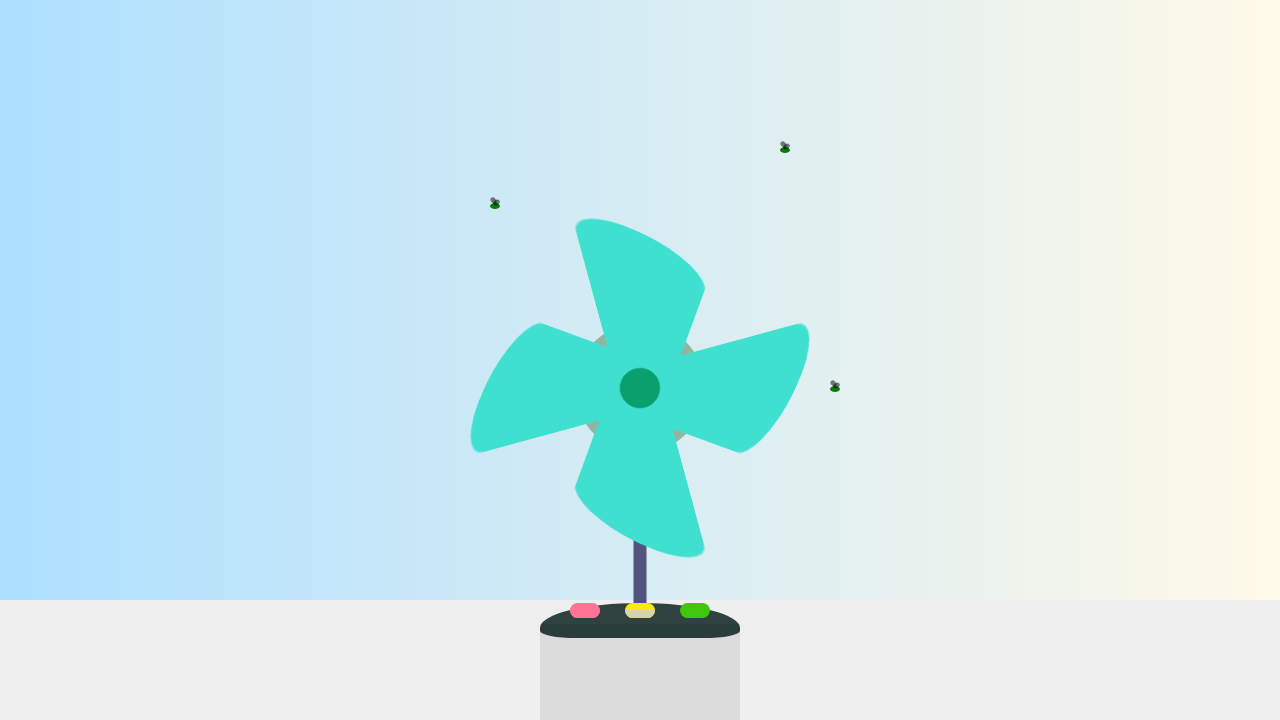
Repository: VuTuanAnh0949/CodeFan
Page: index.html
An editor plug-in stored every save of this project. The page is shown before and after the next save, followed by the edit.
The browser window is 1280 px wide. The pictures show the whole page.

Above is the page before, as saved 2022-06-22 12:00:45.

After the next save:
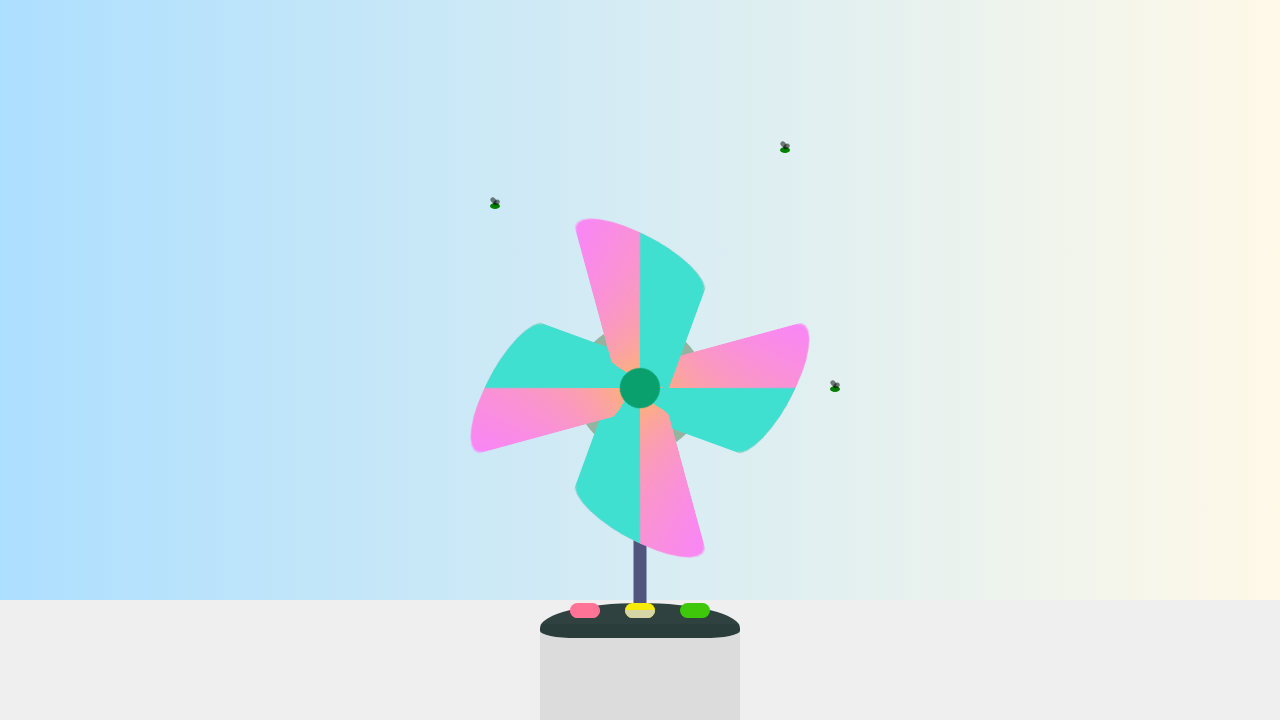
Saved 68 s later.
--- a/style.css
+++ b/style.css
@@ -324,7 +324,7 @@ span {
     width: 100%;
     height: 200%;
     border-radius: 44px;
-    background: turquoise;
+    background-image: linear-gradient( 102.4deg,  rgba(253,189,85,1) 7.8%, rgba(249,131,255,1) 100.3% );;
     position: absolute;
     top: -66px;
     display: block;
